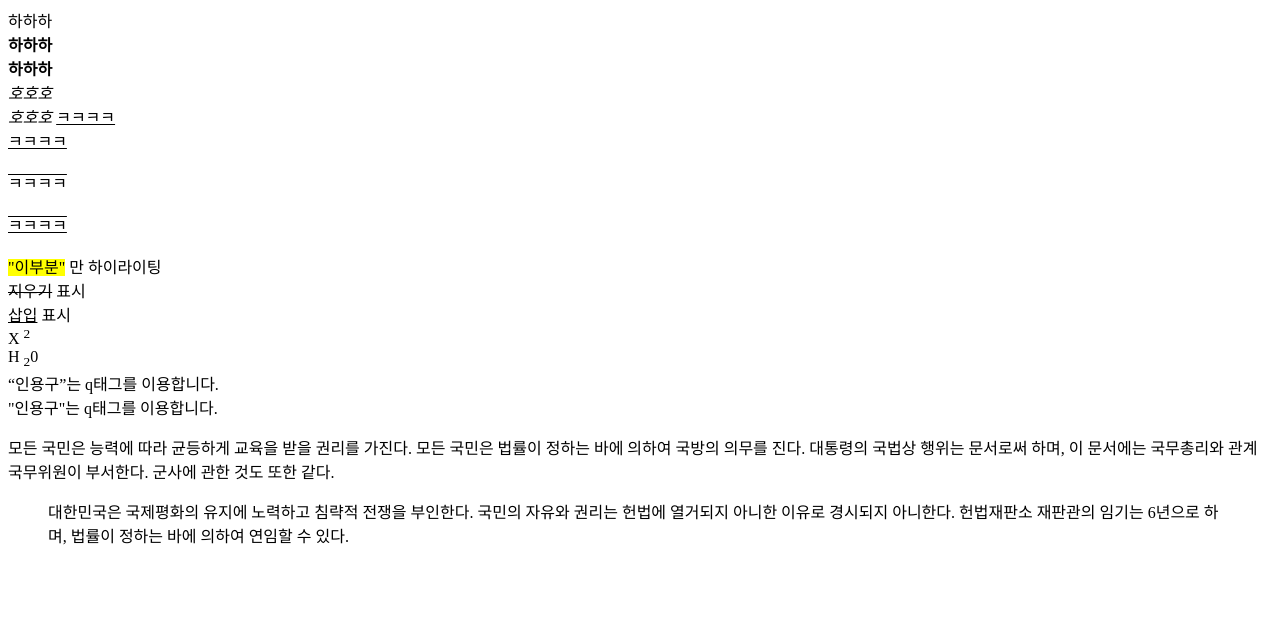
Repository: AkaKSR/Java_Convergence_New
Page: HTML0826/WebContent/Ex06.html
An editor plug-in stored every save of this project. The page is shown before and after the next save, followed by the edit.
The browser window is 1280 px wide. The pictures show the whole page.

Above is the page before, as saved 2019-08-26 07:42:34.

After the next save:
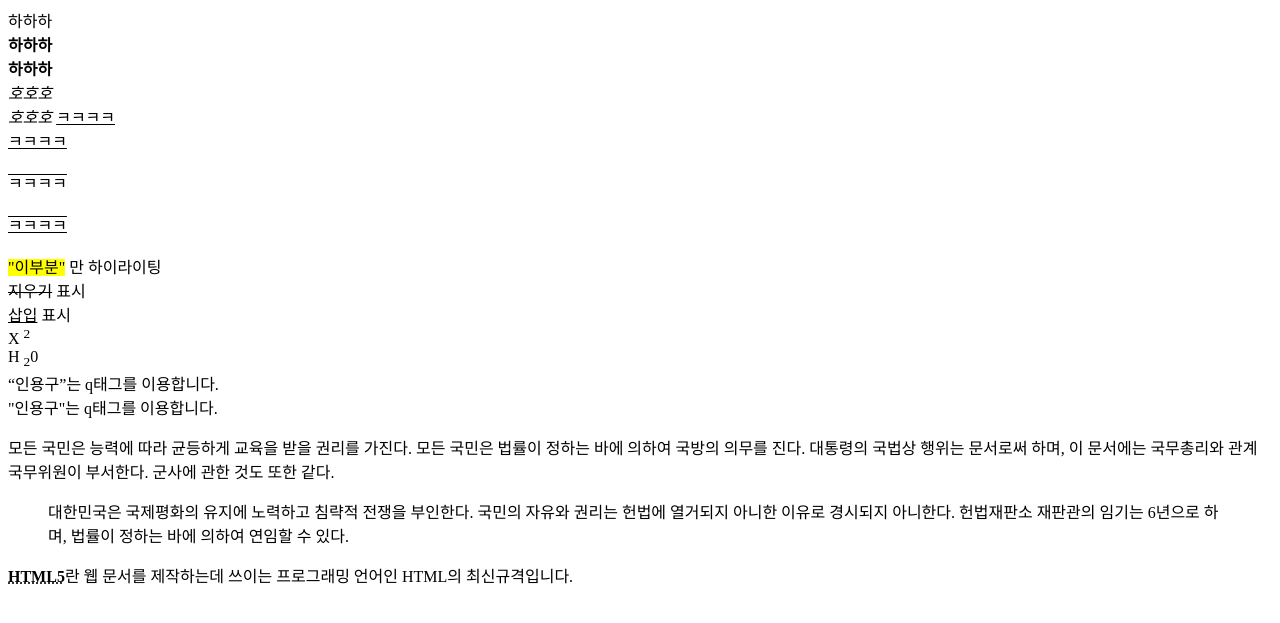
Saved 2 min 1 s later.
--- a/HTML0826/WebContent/Ex06.html
+++ b/HTML0826/WebContent/Ex06.html
@@ -53,6 +53,7 @@
 	<blockquote>대한민국은 국제평화의 유지에 노력하고 침략적 전쟁을 부인한다. 국민의 자유와 권리는
 		헌법에 열거되지 아니한 이유로 경시되지 아니한다. 헌법재판소 재판관의 임기는 6년으로 하며, 법률이 정하는 바에 의하여 연임할
 		수 있다.</blockquote> <!-- 블록 인용구(blockquote) : 들여써진다. -->
+	<strong><abbr title="HyperText MarkUp Language 5">HTML5</abbr></strong>란 웹 문서를 제작하는데 쓰이는 프로그래밍 언어인 HTML의 최신규격입니다.
 
 </body>
 </html>
